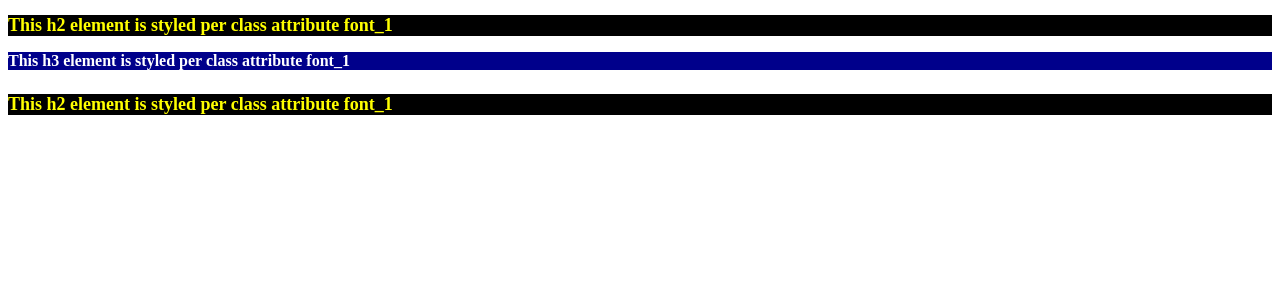
Repository: linas-dev/HTML-CSS-Projects
Page: Basic_HTML_and_CSS/Basic_HTML_4.html
An editor plug-in stored every save of this project. The page is shown before and after the next save, followed by the edit.
The browser window is 1280 px wide. The pictures show the whole page.

Above is the page before, as saved 2021-05-26 23:12:23.

### Basic_HTML_and_CSS/Basic_HTML_4.html
<!DOCTYPE html>
<html lang="en">
<head>
    <meta charset="UTF-8">
    <meta http-equiv="X-UA-Compatible" content="IE=edge">
    <meta name="viewport" content="width=device-width, initial-scale=1.0">
    <link rel="stylesheet" href="Basic_CSS_1.css">
    <title>Document</title>
</head>
<body>
    <style>
        .font_1 {
            background-color:black;
            color: yellow;
            font-size: large;
        }
        .font_2 {
            background-color:darkblue;
            color: white;
            font-size: medium;
        }
    </style>
    <h2 class="font_1">This h2 element is styled per class attribute font_1</h2>
    <h3 class="font_2">This h3 element is styled per class attribute font_1</h3>
    <h4 class="font_1">This h2 element is styled per class attribute font_1</h4>
</body>
</html>

Loaded but not shown: Basic_HTML_and_CSS/Basic_CSS_1.css (no stored copy; drawn as an empty file)

After the next save:
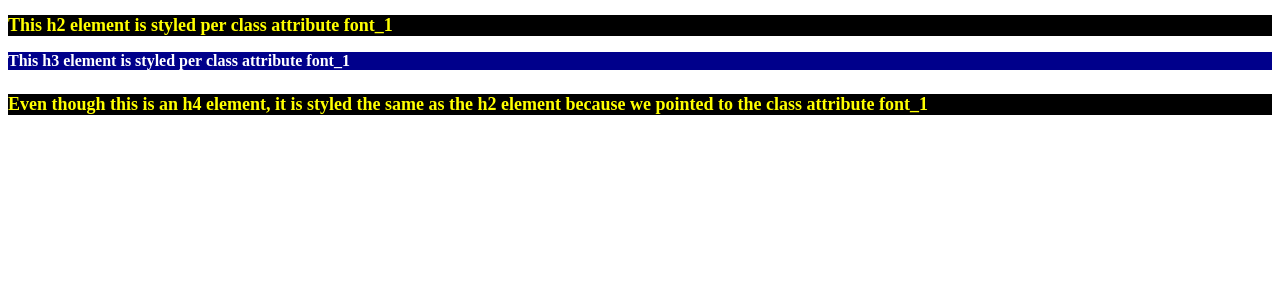
Saved 88 s later.
--- a/Basic_HTML_and_CSS/Basic_HTML_4.html
+++ b/Basic_HTML_and_CSS/Basic_HTML_4.html
@@ -22,6 +22,6 @@
     </style>
     <h2 class="font_1">This h2 element is styled per class attribute font_1</h2>
     <h3 class="font_2">This h3 element is styled per class attribute font_1</h3>
-    <h4 class="font_1">This h2 element is styled per class attribute font_1</h4>
+    <h4 class="font_1">Even though this is an h4 element, it is styled the same as the h2 element because we pointed to the class attribute font_1</h4>
 </body>
 </html>
